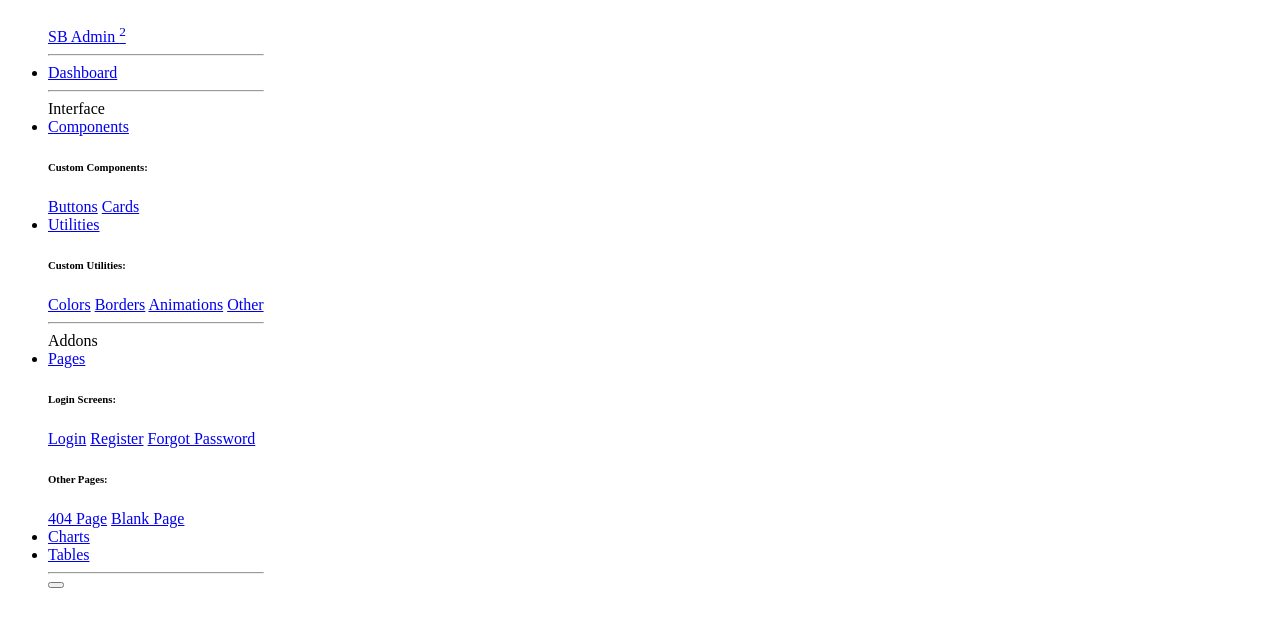
Repository: Ahndaegeun/ddit_dasuri_proj
Page: http://localhost/dasuriProj/WEB-INF/views/tiles/aside.jsp
These files come from the project's save history. The page is drawn as it stood at one moment and after the next save; the edit follows.
The browser window is 1280 px wide. The pictures show the whole page.
The page is served by Tomcat 9. Nobody is signed in. The template is opened directly, without the code that normally fills it, so the values that code supplies are empty.

Above is the page before, as saved 2021-11-12 01:28:01.

After the next save:
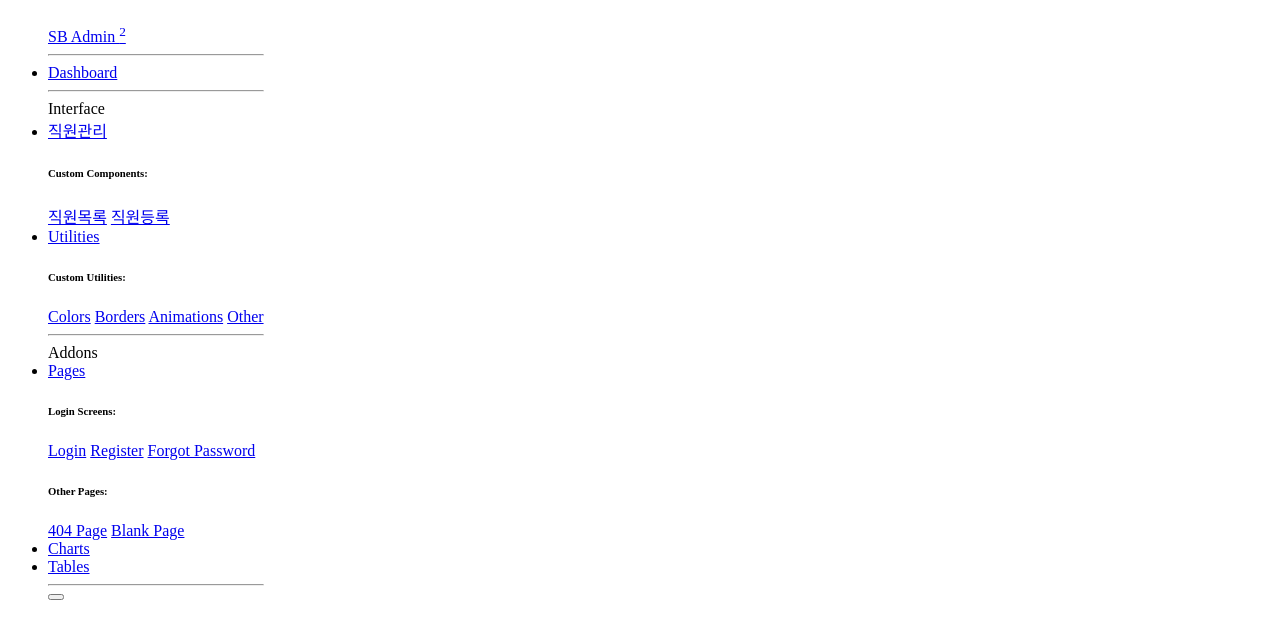
Saved 28 min 20 s later.
--- a/dasuriProj/src/main/webapp/WEB-INF/views/tiles/aside.jsp
+++ b/dasuriProj/src/main/webapp/WEB-INF/views/tiles/aside.jsp
@@ -32,14 +32,14 @@
 		<li class="nav-item"><a class="nav-link collapsed" href="#"
 			data-toggle="collapse" data-target="#collapseTwo"
 			aria-expanded="true" aria-controls="collapseTwo"> <i
-				class="fas fa-fw fa-cog"></i> <span>Components</span>
+				class="fas fa-fw fa-cog"></i> <span>직원관리</span>
 		</a>
 			<div id="collapseTwo" class="collapse" aria-labelledby="headingTwo"
 				data-parent="#accordionSidebar">
 				<div class="bg-white py-2 collapse-inner rounded">
 					<h6 class="collapse-header">Custom Components:</h6>
-					<a class="collapse-item" href="buttons.html">Buttons</a> <a
-						class="collapse-item" href="cards.html">Cards</a>
+					<a class="collapse-item" href="/emp/list">직원목록</a> <a
+						class="collapse-item" href="/emp/register">직원등록</a>
 				</div>
 			</div></li>
 
